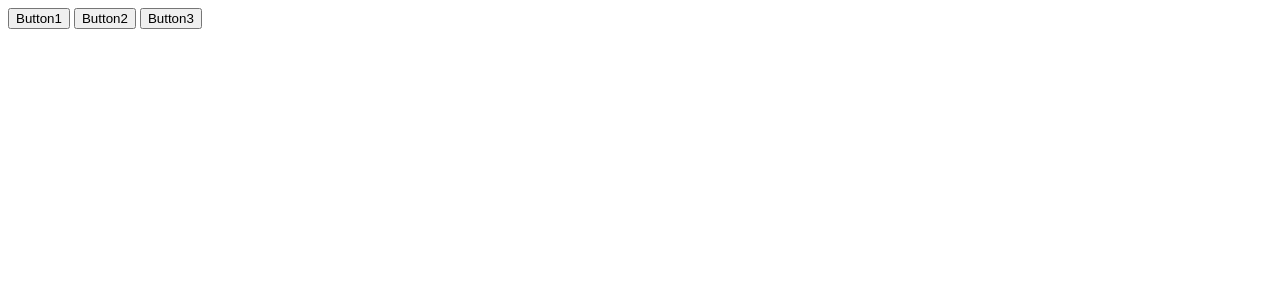
Repository: VikaChyhrynets/javascript
Page: index.html
An editor plug-in stored every save of this project. The page is shown before and after the next save, followed by the edit.
The browser window is 1280 px wide. The pictures show the whole page.

Above is the page before, as saved 2023-07-16 10:30:28.

### index.html
<!DOCTYPE html>
<html lang="en">
<head>
    <meta charset="UTF-8">
    <meta http-equiv="X-UA-Compatible" content="IE=edge">
    <meta name="viewport" content="width=device-width, initial-scale=1.0">
    <title>Lesson 1</title>
</head>
<body>
    <button type = 'button'>Button1</button>
    <button type = 'button'>Button2</button>
    <button type = 'button'>Button3</button>
    <script src="events/events.js"></script>
</body>
</html>

### events/events.js
'use strict'
// 1
/*
<body>
    <button type = 'button' onclick="console.log(Date())">Date</button>
    <script src="events/events.js"></script>
</body>
*/


// 2
/*
<body>
    <input type = 'text' id = 'number1'>
    <input type = 'text' id = 'number2'>
    <div id="answer"></div>
    <button type ='button' onclick="sum()">Count</button>
    <script src="events/events.js"></script>
</body>

function sum() {
    // знак + означает, что мы берем value, не переведенное в Стринг
    const number1 = +document.querySelector('#number1').value;
    const number2 = +document.querySelector('#number2').value;
    const sum = number1 + number2;
    document.querySelector('#answer').textContent = sum;
}
*/


// 3
function changeColor() {
    document.body.style.backgroundColor = `rgb(${Math.round(Math.random()*255)},
    rgb(${Math.round(Math.random()*255)}, rgb(${Math.round(Math.random()*255)})`;
}
document.onclick = changeColor;

After the next save:
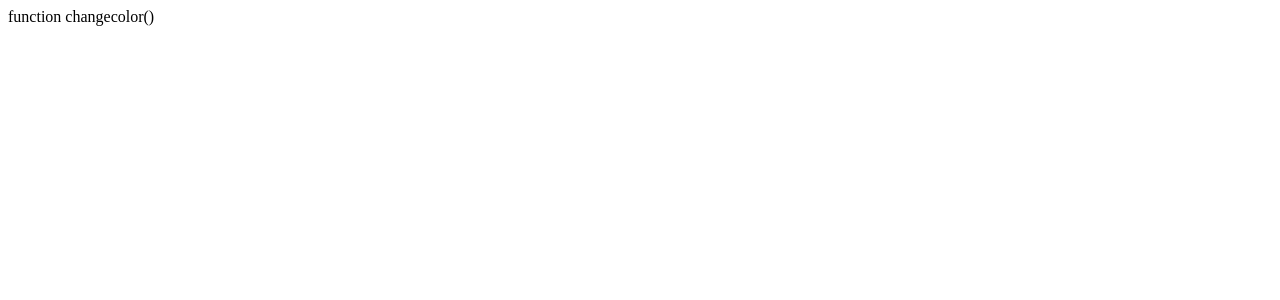
Saved 22 s later.
--- a/index.html
+++ b/index.html
@@ -7,9 +7,7 @@
     <title>Lesson 1</title>
 </head>
 <body>
-    <button type = 'button'>Button1</button>
-    <button type = 'button'>Button2</button>
-    <button type = 'button'>Button3</button>
+    function changecolor()
     <script src="events/events.js"></script>
 </body>
 </html>

After the save that followed:
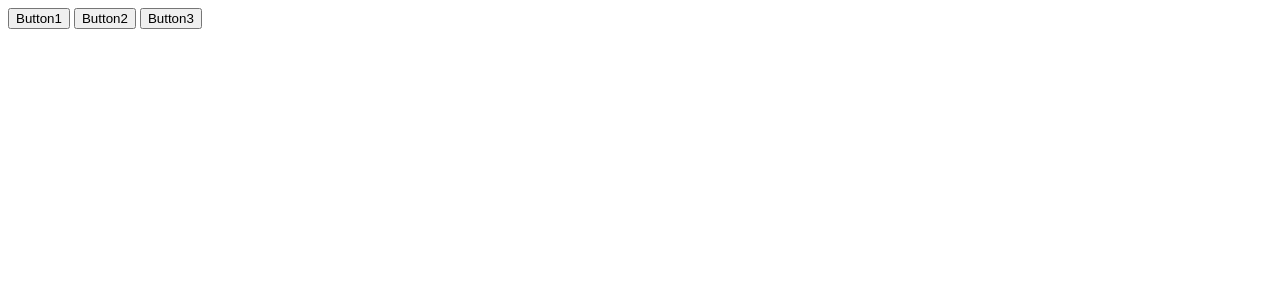
Saved 21 s later.
--- a/index.html
+++ b/index.html
@@ -7,7 +7,10 @@
     <title>Lesson 1</title>
 </head>
 <body>
-    function changecolor()
+    <button type = 'button'>Button1</button>
+    <button type = 'button'>Button2</button>
+    <button type = 'button'>Button3</button>
+
     <script src="events/events.js"></script>
 </body>
 </html>
